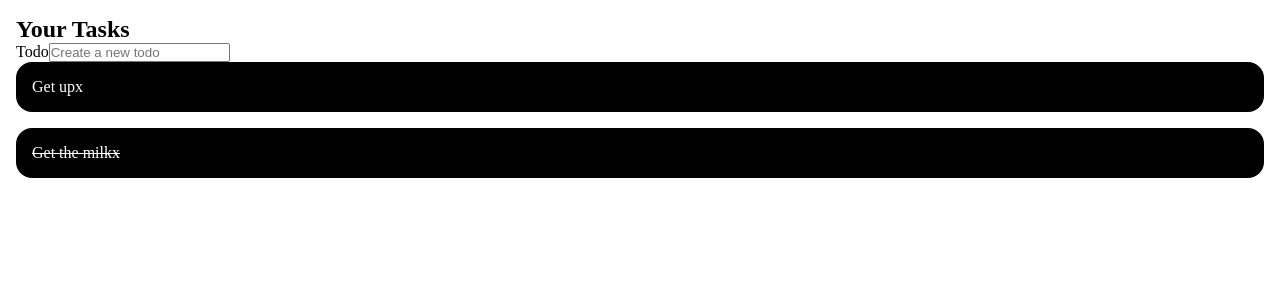
Repository: Heeeeeppo/todo-list
Page: / (app in frontend/)
The author's editor kept a copy of each file at every save. The page is drawn from the files as they stood at one save, then again after the next save.
The browser window is 1280 px wide. The pictures show the whole page.
The project was rebuilt for these pictures with package versions that can differ from the ones it lists, and the page was loaded fresh each time.

Above is the page before, as saved 2023-11-07 19:31:59.

### frontend/src/index.css
* {
  margin: 0;
  padding: 0;
}

.App {
  padding: 16px;
}

h1 {
  text-align: center;
}

.todo {
  background-color: black;
  color: white;
  position: relative;
  padding: 16px;
  border-radius: 16px;
  display: flex;
  align-items: center;
  margin-bottom: 16px;
}

.completed {
  text-decoration: line-through;
}

### frontend/src/App.js
import { useState } from "react";

function App() {

    const [todos, setTodos] = useState([]);
    const [newTodo, setNewTodo] = useState("");

    function handleChange(event) {
        setNewTodo(event.target.value);
    }

    return (
        <div className="App">
            <h2>Your Tasks</h2>
            <div className="inputField">
                <label for="text">Todo</label>
                <input
                    type="text"
                    name="text"
                    onChange={handleChange}
                    value={newTodo}
                    placeholder="Create a new todo"
                />
            </div>

            <div className="todos">
                <div className="todo">
                    <div className="checkbox"></div>
                    <div className="text">Get up</div>
                    <div className="delete-todo">x</div>
                </div>

                <div className="todo completed">
                    <div className="checkbox"></div>
                    <div className="text">Get the milk</div>
                    <div className="delete-todo">x</div>
                </div>
            </div>
        </div>
    );
}

export default App;

Loaded but not shown: frontend/public/index.html (common file); frontend/src/index.js (common file)

After the next save:
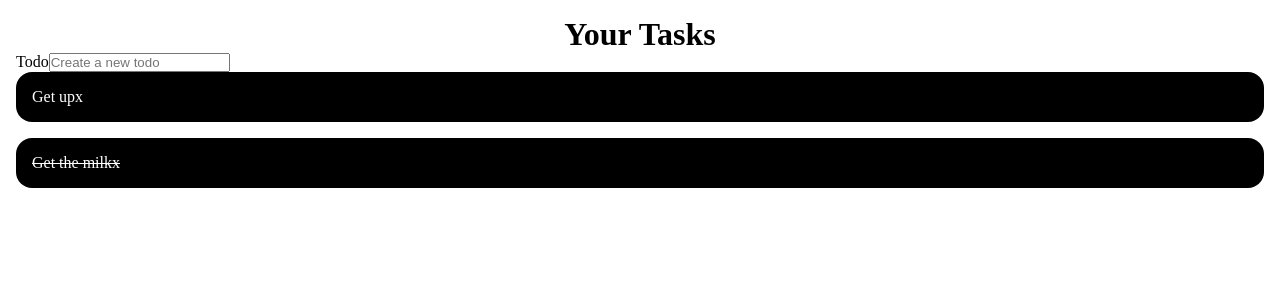
Saved 8 s later.
--- a/frontend/src/App.js
+++ b/frontend/src/App.js
@@ -11,7 +11,7 @@ function App() {
 
     return (
         <div className="App">
-            <h2>Your Tasks</h2>
+            <h1>Your Tasks</h1>
             <div className="inputField">
                 <label for="text">Todo</label>
                 <input
